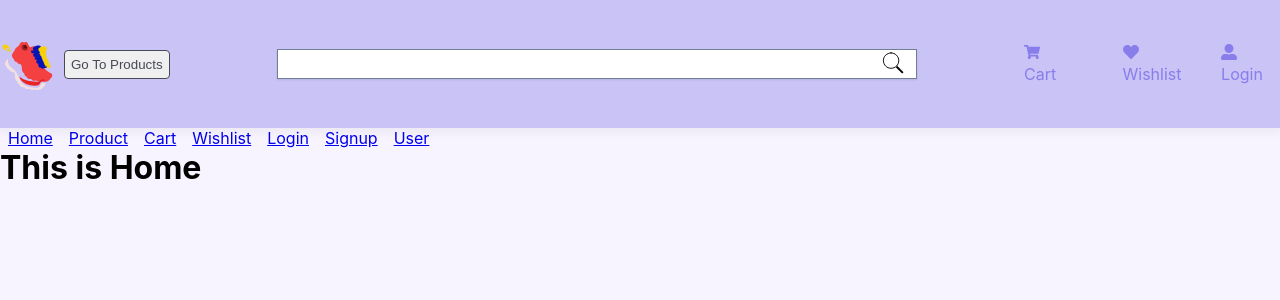
Repository: Irfan-vit/shoecase
Page: /
The author's editor kept a copy of each file at every save. The page is drawn from the files as they stood at one save, then again after the next save.
The browser window is 1280 px wide. The pictures show the whole page.
The page's requests for data from a server got no answer. The project was rebuilt for these pictures with package versions that can differ from the ones it lists, and the page was loaded fresh each time. No one was signed in, and anything a server would have sent is missing. Also part of the build but not shown: src/pages/Product/ProductPage.jsx, src/pages/cart/CartPage.jsx, src/pages/wishlist/WishlistPage.jsx, src/pages/login/LoginPage.jsx, src/pages/signup/SignupPage.jsx, src/pages/user/StyledUser.jsx, src/components/forms/addAddress/AddAddress.jsx, src/components/forms/editAddress/EditAddress.jsx and 4 more.

Above is the page before, as saved 2023-05-22 04:31:28.

After the next save:
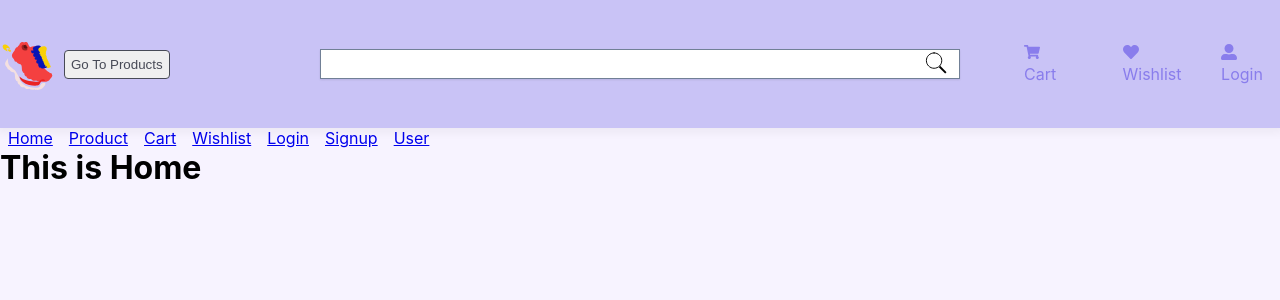
Saved 20 s later.
--- a/src/styles/NavBarStyles.jsx
+++ b/src/styles/NavBarStyles.jsx
@@ -22,7 +22,7 @@ const StyledNav = styled.nav`
     > :nth-child(1) {
       display: flex;
       align-items: center;
-      flex-basis: 10%;
+      flex-basis: 20%;
     }
     > :nth-child(2) {
       flex-basis: 50%;
